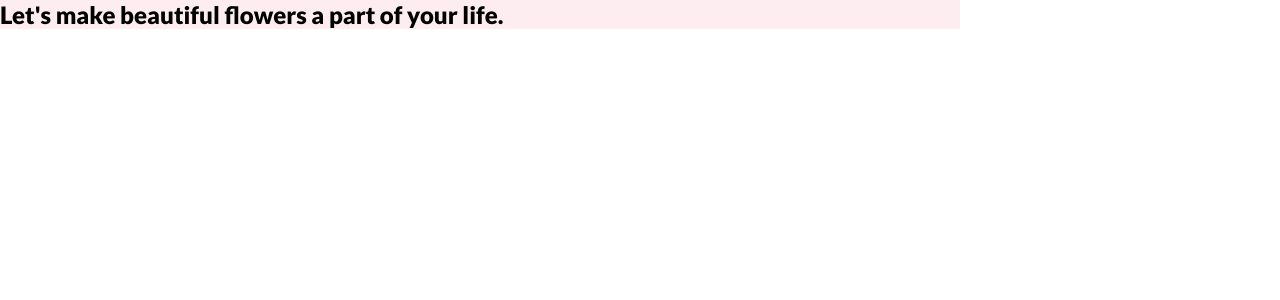
Repository: sumonkumarsarkar/flower-shop
Page: index.html
An editor plug-in stored every save of this project. The page is shown before and after the next save, followed by the edit.
The browser window is 1280 px wide. The pictures show the whole page.

Above is the page before, as saved 2024-01-07 09:12:24.

After the next save:
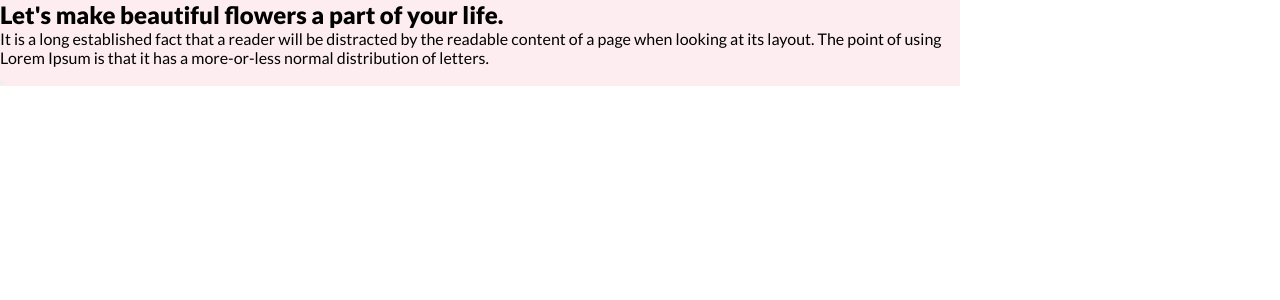
Saved 24 s later.
--- a/index.html
+++ b/index.html
@@ -19,8 +19,9 @@
                 Let's make beautiful flowers a part of your life.
             </h2>
             <p>
-
+                It is a long established fact that a reader will be distracted by the readable content of a page when looking at its layout. The point of using Lorem Ipsum is that it has a more-or-less normal distribution of letters.
             </p>
+            <button></button>
         </div>
 
       <!-- h2, p and button part start   -->
